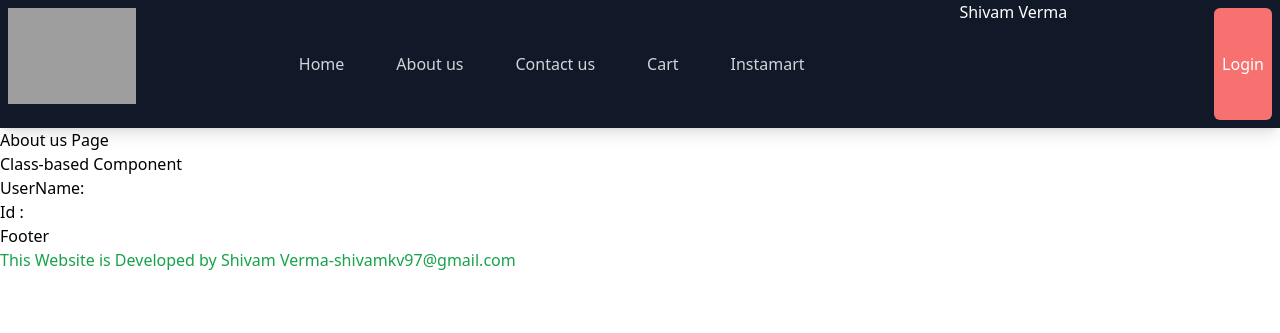
Repository: shivamv97/FOOD-VILLA-APP
Page: /About
These files come from the project's save history. The page is drawn as it stood at one moment and after the next save; the edit follows.
The browser window is 1280 px wide. The pictures show the whole page.
Pictures or frames that could not be fetched are drawn as grey boxes. The page's requests for data from a server got no answer. The project was rebuilt for these pictures with package versions that can differ from the ones it lists, and the page was loaded fresh each time. No one was signed in, and anything a server would have sent is missing. Also part of the build but not shown: src/config.js, src/components/RestaurantCards.js, src/components/Shimmer.js, src/utils/shares.js, src/components/Body.js, src/components/Profile.js, src/components/Error.js, src/components/ContactUs.js and 2 more.

Above is the page before, as saved 2024-09-28 23:26:27.

After the next save:
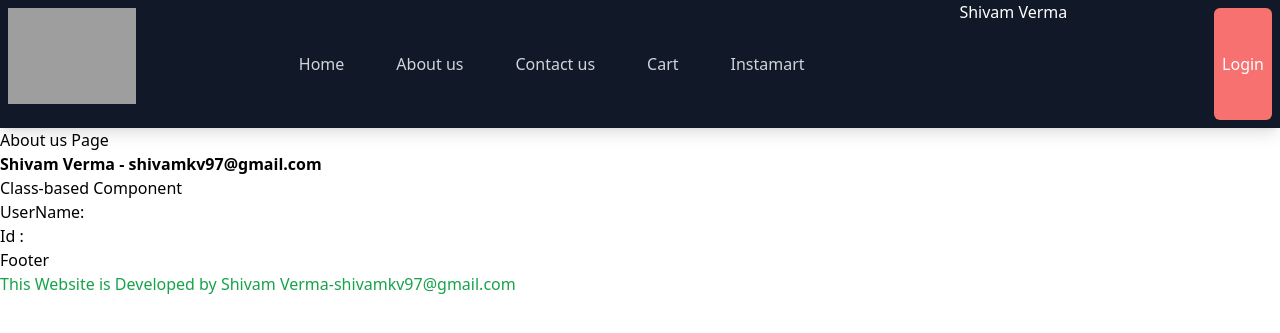
Saved 56 s later.
--- a/src/components/About.js
+++ b/src/components/About.js
@@ -20,11 +20,11 @@ class About extends Component {
       <div>
         <h1>About us Page</h1>
         <UserContext.Consumer>
-          {({ user }) => {
+          {({ user }) => (
             <h2 className="font-bold text-black">
               {user.name} - {user.email}
-            </h2>;
-          }}
+            </h2>
+          )}
         </UserContext.Consumer>
         {<Outlet />}
         {/* {OR} */}
